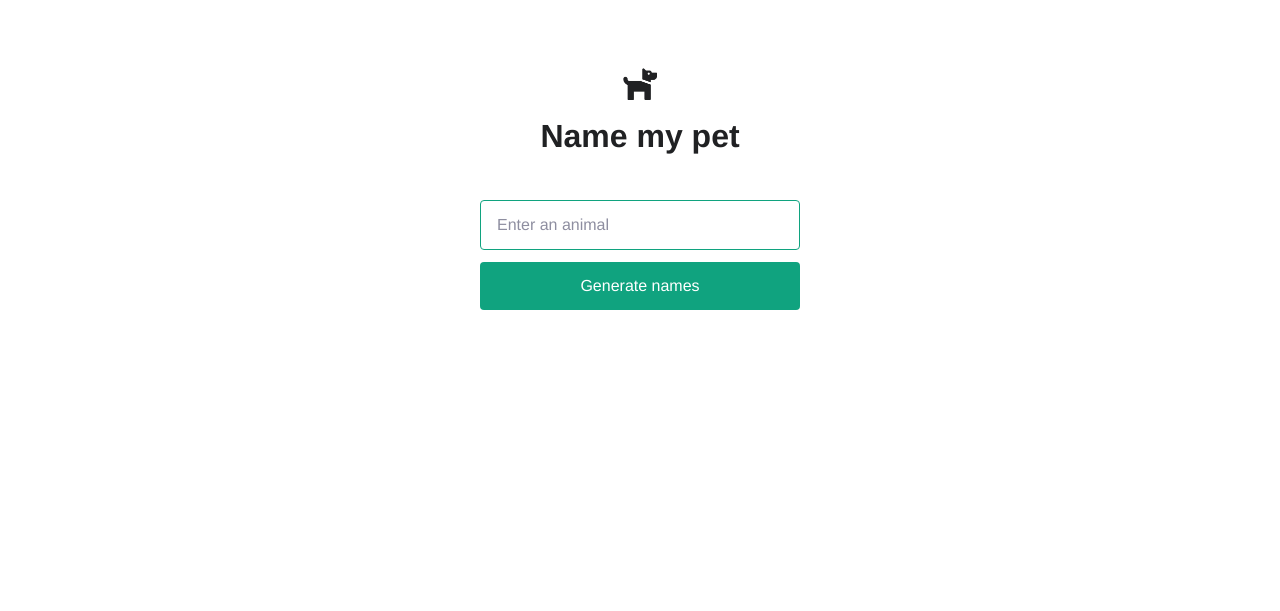
Repository: hamza-mastar/chatgpt-jpbad
Page: /
These files come from the project's save history. The page is drawn as it stood at one moment and after the next save; the edit follows.
The browser window is 1280 px wide. The pictures show the whole page.
Some web fonts or font styles are not loaded; a fallback is used. The project was rebuilt for these pictures with package versions that can differ from the ones it lists, and the page was loaded fresh each time. The framework's server and built-in components were replaced by stand-ins that run in the browser.

Above is the page before, as saved 2023-01-30 01:42:23.

After the next save:
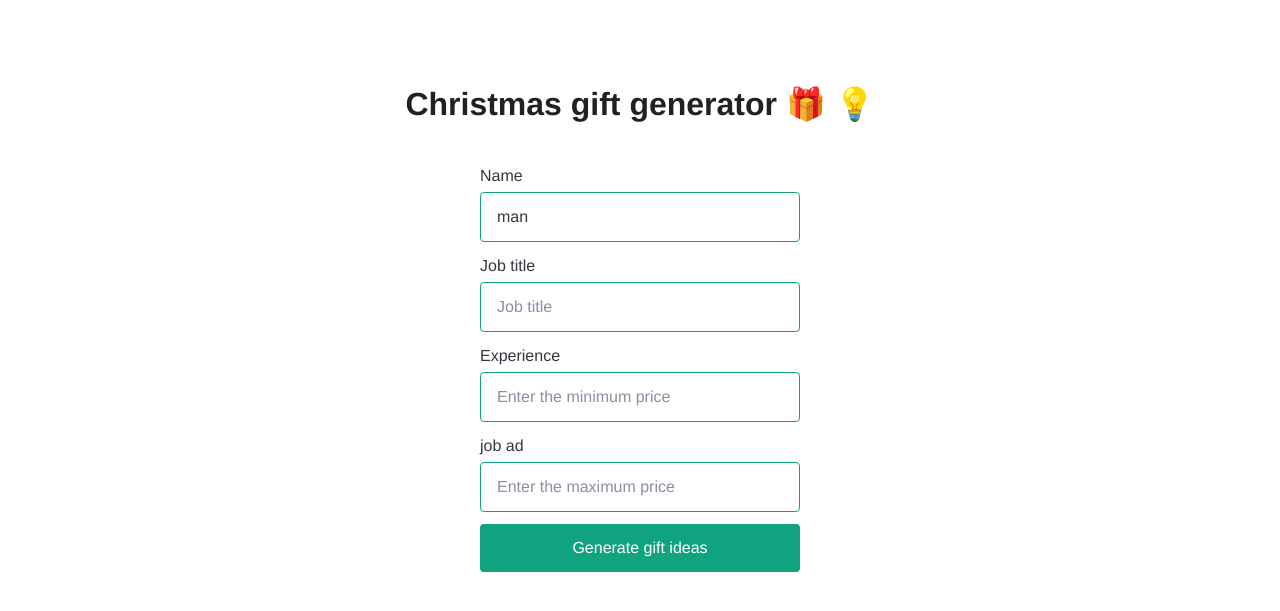
Saved 5 min 23 s later.
--- a/pages/index.js
+++ b/pages/index.js
@@ -1,59 +1,129 @@
-import Head from "next/head";
-import { useState } from "react";
-import styles from "./index.module.css";
-// import output from "./output";
+import Head from 'next/head';
+import React from 'react';
+import { useState } from 'react';
+import styles from './index.module.css';
+import Typed from 'react-typed'
+// import './gifts.css'
+
+
+
+
 export default function Home() {
-  const [animalInput, setAnimalInput] = useState("");
-  const [result, setResult] = useState();
+  const [name, setName] = useState('man');
+  const [job_title, setJob_title] = useState("");
+  const [experience, setExperience] = useState("");
+  const [job_ad, setJob_ad] = useState("");
+
+  const [loading, setLoading] = useState(false);
+
+  const [result, setResult] = useState('');
 
   async function onSubmit(event) {
     event.preventDefault();
-    try {
-      const response = await fetch("/api/generate", {
-        method: "POST",
-        headers: {
-          "Content-Type": "application/json",
-        },
-        body: JSON.stringify({ animal: animalInput }),
-      });
-
-      const data = await response.json();
-      if (response.status !== 200) {
-        throw data.error || new Error(`Request failed with status ${response.status}`);
-      }
-
-      setResult(data.result);
-      setAnimalInput("");
-    } catch(error) {
-      // Consider implementing your own error handling logic here
-      console.error(error);
-      alert(error.message);
+    if (loading) {
+      return;
     }
+    setLoading(true);
+    setResult('hamza');
+    const response = await fetch('/api/generate-gifts', {
+      method: 'POST',
+      headers: {
+        'Content-Type': 'application/json',
+      },
+      body: JSON.stringify({ name, job_title, experience, job_ad}),
+    });
+    const data = await response.json();
+    setResult(data.result.replaceAll('\n', '<br />'));
+    setLoading(false);
   }
 
+
   return (
+    <>
+    <div className=" hamza flex relative sm:flex-col md:flex-col">
+    <div className=" w-full lg:w-1/2 relative  ">
+    <div className="  h-full px-5 sm:px-6 bg-white" >
+    <div className="h-full w-full max-w-xl mx-auto flex flex-col after:mt-auto after:flex-1">
+    <header className= "sm:flex-1 mt-10 flex mb-auto sm:py-10 pt-6 items-center sm:justify-between flex-col sm:flex-row">
+    <div className="flex items-center justify-between h-24 md:h-20">
+
+
     <div>
-      <output/>
       <Head>
         <title>OpenAI Quickstart</title>
         <link rel="icon" href="/dog.png" />
       </Head>
 
       <main className={styles.main}>
-        <img src="/dog.png" className={styles.icon} />
-        <h3>Name my pet</h3>
+        <h3>Christmas gift generator 🎁 💡</h3>
         <form onSubmit={onSubmit}>
+          <label>Name</label>
           <input
             type="text"
-            name="animal"
-            placeholder="Enter an animal"
-            value={animalInput}
-            onChange={(e) => setAnimalInput(e.target.value)}
+            name="name"
+            placeholder="Enter the Name"
+            value={name}
+            onChange={(e) => setName(e.target.value)}
           />
-          <input type="submit" value="Generate names" />
+
+
+          <label>Job title</label>
+          <input
+            type="text"
+            name="job_title"
+            placeholder="Job title"
+            value={job_title}
+            onChange={(e) => setJob_title(e.target.value)}
+          />
+
+          <label>Experience </label>
+          <input
+            type="text"
+            name="experience"
+            placeholder="Enter the minimum price"
+            value={experience}
+            onChange={(e) => setExperience(e.target.value)}
+          />
+
+          <label> job ad</label>
+          <input
+            type="text"
+            name="job_ad"
+            placeholder="Enter the maximum price"
+            value={job_ad}
+            onChange={(e) => setJob_ad(e.target.value)}
+          />
+
+
+
+          <input type="submit" value="Generate gift ideas" />
         </form>
-        <div className={styles.result}>{result}</div>
+        {loading && (
+          <div>
+            <h3>Looking for the best gift ideas 🎁 💡</h3>
+            <img src="/loading.gif" className={styles.loading} />
+          </div>
+        )}
+        <div
+          className={styles.result}
+          dangerouslySetInnerHTML={{ __html: result }}
+
+
+        />
+
+
+
+
       </main>
+      </div>
     </div>
+    </header>
+    </div>
+    </div>
+    </div>
+    </div>
+
+    </>
   );
 }
+// Name Job_title Experience job_ad
